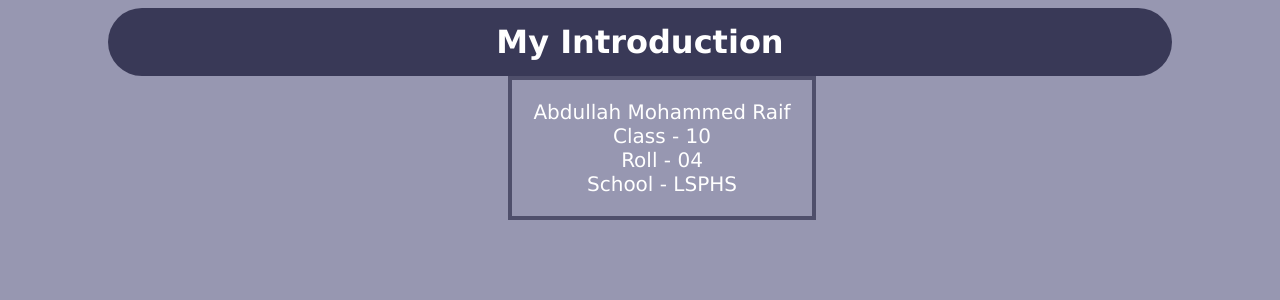
Repository: Raif-007/Portfolio
Page: index.html
These files come from the project's save history. The page is drawn as it stood at one moment and after the next save; the edit follows.
The browser window is 1280 px wide. The pictures show the whole page.

Above is the page before, as saved 2021-07-05 17:14:25.

After the next save:
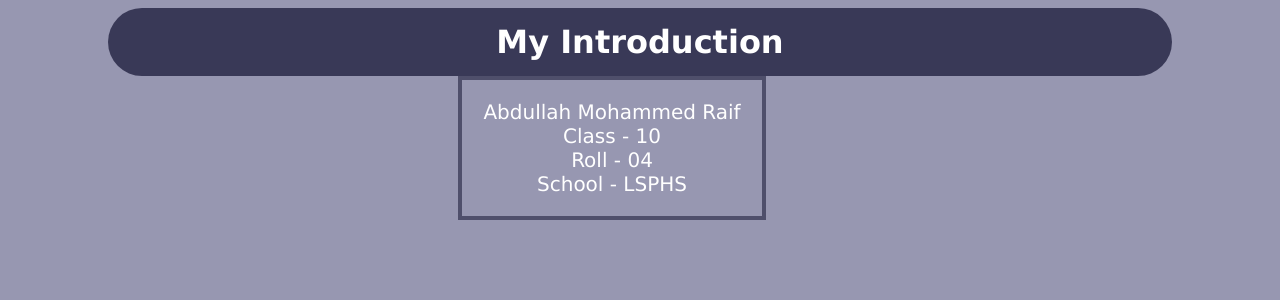
Saved 15 s later.
--- a/styles.css
+++ b/styles.css
@@ -1,4 +1,4 @@
-body {
+    body {
     background-color: rgba(54, 54, 105, 0.514);
     color: #ffffff;
     font-family: Verdana, Geneva, Tahoma, sans-serif;
@@ -16,5 +16,4 @@
     font-size: 20px;
     border: 4px solid rgba(25, 25, 56, 0.568);
     width: 300px;
-    margin-left: 500px;
-}
+    margin-left: 450px;
